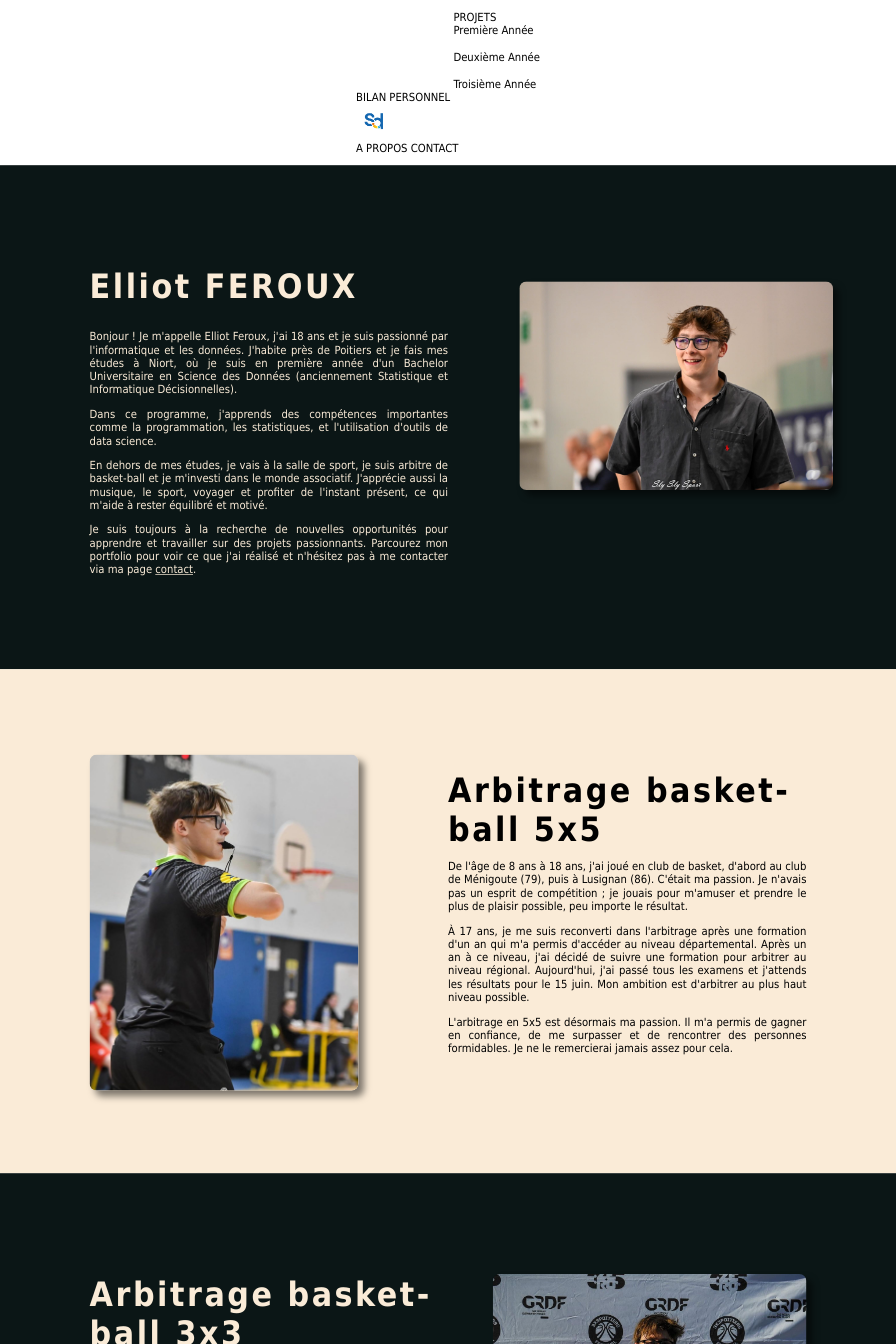
Repository: elliotfx/elliotfx.github.io
Page: html/apropos.html
These files come from the project's save history. The page is drawn as it stood at one moment and after the next save; the edit follows.
The browser window is 1280 px wide. The pictures show the part of the page from y = 0 to 1920 px (the page is 3116 px tall before and 2964 px after), at 70% of full size.

Above is the page before, as saved 2025-03-05 15:56:40.

### html/apropos.html
<!doctype html>
<html lang="fr">
<head>
    <meta charset="UTF-8">
    <title>Document</title>
    <meta name="viewport" content="width=device-width, initial-scale=1.0">
    <meta name="author" content="Elliot FEROUX">
    <meta name="description" content="Portfolio de Elliot FEROUX">
    <title>Mes Projets (Portfolio Elliot FEROUX)</title>
    <link rel="stylesheet" type="text/css" href="./../css/apropos.css" media="screen">
    <link rel="preconnect" href="https://fonts.googleapis.com">
    <link rel="preconnect" href="https://fonts.gstatic.com" crossorigin>
    <link href="https://fonts.googleapis.com/css2?family=Kanit:ital,wght@0,100;0,200;0,300;0,400;0,500;0,600;0,700;0,800;1,100;1,200;1,300;1,400;1,500;1,600;1,700;1,800&display=swap" rel="stylesheet">
    <link rel="stylesheet" href="../css/font-awesome-4.7.0/css/font-awesome.min.css">
    <link rel="shortcut icon" href="SD.png" type="image/x - icon">
    <script src="../JS/script_projets.js"></script>
</head>
<body>
    <header>
        <div class="navbar" id="nav">
            <div class="burger-container">
                <i class="fa fa-bars iconeburger" aria-hidden="true"></i>
            </div>
            <ul>
                <li class="left-links">
                    <ul>
                        <li class="link-nav-underline"><a href="bilan.html">BILAN PERSONNEL</a></li>
                        <li class="link-nav-underline-projet">PROJETS
                            <div class="dropdown">
                                <ul>
                                    <li><a href="projets1.html">Première Année</a></li><br>
                                    <li><a href="projets2.html">Deuxième Année</a></li><br>
                                    <li><a href="projets3.html">Troisième Année</a></li><br>
                                </ul>
                            </div>
                        </li>
                    </ul>
                </li>
                <li class="logo">
                    <a href="main.html" target="_blank"><img src="./../Images/SD.png" alt="Logo BUT Sciences des Données"></a>
                </li>
                <li class="right-links">
                    <ul>
                        <li class="link-nav-underline"><a href="apropos.html">A PROPOS</a></li>
                        <li class="link-nav-underline"><a href="contact.html">CONTACT</a></li>
                    </ul>
                </li>
            </ul>
        </div>

        <div id="burgerbar">
            <a href="main.html" target="_blank"><img src="./../Images/SD.png" alt="Logo BUT Sciences des Données" class="logo-burger"></a>
            <i class="fa fa-times iconeburgerclose" aria-hidden="true"></i>
            <ul class="burger-menu-list">
                <li class="link-nav-underline"><a href="bilan.html">BILAN PERSONNEL</a></li><br>
                <li class="link-nav-underline"><a href="projets1.html">PROJETS</a></li><br>
                <li class="link-nav-underline"><a href="apropos.html">A PROPOS</a></li><br>
                <li class="link-nav-underline"><a href="contact.html">CONTACT</a></li>
            </ul>
        </div>
    </header>

    <div class="noir1">
        <div class="presentation">
            <div class="titre">
                Elliot FEROUX
            </div>
            <div class="contenu">
                <br>
                <p>Bonjour ! Je m'appelle Elliot Feroux, j'ai 18 ans et je suis passionné par l'informatique et les données. J'habite près de Poitiers et je fais mes études à Niort, où je suis en première année d'un Bachelor Universitaire en Science des Données (anciennement Statistique et Informatique Décisionnelles).</p>

                <p>Dans ce programme, j'apprends des compétences importantes comme la programmation, les statistiques, et l'utilisation d'outils de data science.</p>

                <p>En dehors de mes études, je vais à la salle de sport, je suis arbitre de basket-ball et je m'investi dans le monde associatif. J'apprécie aussi la musique, le sport, voyager et profiter de l'instant présent, ce qui m'aide à rester équilibré et motivé.</p>

                <p>Je suis toujours à la recherche de nouvelles opportunités pour apprendre et travailler sur des projets passionnants. Parcourez mon portfolio pour voir ce que j'ai réalisé et n'hésitez pas à me contacter via ma page <a href="contact.html">contact</a>.</p>
            </div>
        </div>
        <div class="contphoto1">
            <img src="./../Images/photo2.JPG" alt="Photo de Elliot FEROUX" class="photo1">
        </div>
    </div>

    <div class="blanc1">
        <div class="cinq">
            <div class="titre">
                Arbitrage basket-ball 5x5
            </div>
            <div class="contenu2">
                <p>De l'âge de 8 ans à 18 ans, j'ai joué en club de basket, d'abord au club de Ménigoute (79), puis à Lusignan (86). C'était ma passion. Je n'avais pas un esprit de compétition ; je jouais pour m'amuser et prendre le plus de plaisir possible, peu importe le résultat. </p>

                <p>À 17 ans, je me suis reconverti dans l'arbitrage après une formation d'un an qui m'a permis d'accéder au niveau départemental. Après un an à ce niveau, j'ai décidé de suivre une formation pour arbitrer au niveau régional. Aujourd'hui, j'ai passé tous les examens et j'attends les résultats pour le 15 juin. Mon ambition est d'arbitrer au plus haut niveau possible.</p>

                <p>L'arbitrage en 5x5 est désormais ma passion. Il m'a permis de gagner en confiance, de me surpasser et de rencontrer des personnes formidables. Je ne le remercierai jamais assez pour cela.</p>
            </div>
        </div>
        <div class="contphoto2">
            <img src="./../Images/55.JPEG" alt="Photo de Elliot FEROUX arbitre" class="photo2">
        </div>
    </div>


    <div class="noir2">
        <div class="trois">
            <div class="titre">
                Arbitrage basket-ball 3x3
            </div>
            <div class="contenu">
                <p>Le basket-ball 3x3 est une discipline spéciale qui fera partie des Jeux Olympiques de Paris. C'est une forme de basket-ball de rue. J'ai découvert cette discipline il y a un peu plus d'un an. L'arbitrage et la gestion des acteurs sont différents de ceux du basket-ball traditionnel.</p>
                <p>Depuis, j'ai arbitré lors de nombreux tournois, tels que les <a href="http://ffse.fr/nos-actions/jeux/europeeens/#:~:text=LES%20JEUX%20EUROPÉENS,-Les%20Jeux%20Européens&text=Cette%20grande%20fête%20du%20sport,14%20au%2018%20juin%202023.">Jeux Européens Inter-Entreprises de Bordeaux</a>, <a href="https://www.poitevins.fr/urbanpb#:~:text=Urban%20PB%20est%20un%20tournoi,qualification%20entre%20avril%20et%20juin.">l'Urban PB de Poitiers</a>, ou encore le <a href="https://play.fiba3x3.com/events/dfd86fbb-793f-4384-a0a0-58e7211858ba?fbclid=IwAR3QWv89srzKISg9u5xH8Kk9xjBphCmSoV1SZCdJkw5wBuWZTOqwaH6c468">Tournoi International du Grand Cognac</a>. Cette discipline me passionne tout autant, car elle me permet de voyager davantage, de profiter du basket en plein air, et même de découvrir de nouveaux horizons.</p>
            </div>
        </div>
        <div class="contphoto3">
            <img src="./../Images/PB.JPEG" alt="Photo de Elliot FEROUX" class="photo3">
        </div>
    </div>

    <div class="blanc1">
        <div class="melu">
            <div class="titre">
                Bénévolat - Mélusik
            </div>
            <div class="contenu3">
                <p>Mes parents m'ont toujours immergé dans la musique, mon père étant guitariste et ma mère accordéoniste et chanteuse. Personnellement, je me contente d'écouter de la musique. Ils ont toujours été bénévoles dans une association musicale, et depuis deux ans, je le suis également. Lors de l'édition 2023, j'étais bénévole à la restauration, où je préparais les sandwiches et m'occupais de la logistique en arrière-plan. Je n'ai pas vraiment apprécié cette tâche car il n'y avait pas de contact avec les clients et je ne pouvais pas profiter de la musique.</p>
                <p>Cette année, j'ai été à l'accueil, en charge de servir les clients en jetons, de gérer les retours de caution, et de répondre à toutes les questions des festivaliers. J'ai beaucoup aimé ce poste car il impliquait beaucoup de contact avec les clients, la gestion d'argent, et des responsabilités. De plus, cela m'a permis de travailler sur ma confiance en moi et de veiller à ce que les festivaliers aient une bonne impression du festival dès leur arrivée.</p>
            </div>
        </div>
        <div class="contphoto4">
            <img src="./../Images/melu.jpeg" alt="Festival mélusik affiche" class="photo2">
        </div>
    </div>

</body>
</html>

### css/apropos.css
@import "navbar_stylesheet.css";

body {
    margin: 0;
    padding: 0;
    font-family: 'Tahoma', sans-serif;
}

.noir2{
    position: relative;
    height: 100vh;
    background-color: #0B1616;
    color: antiquewhite;
}

.noir1 {
    position: relative;
    height: 100vh;
    background-color: #0B1616;
    color: antiquewhite;
}

.blanc1 {
    position: relative;
    height: 100vh;
    background-color: antiquewhite;
    color: black;
}

.trois,
.presentation {
    font-family: 'Tahoma';
    width: 40%;
    height: 70%;
    top: 20%;
    left: 10%;
    position: absolute;
}

.titre {
    font-weight: bold;
    letter-spacing: 0.5vh;
    font-size: 300%;
}

p {
    text-align: justify;
}

.trois a,
.cinq a,
.contenu a {
    color: inherit;
    text-decoration: underline;
}

.contphoto1{
    position: relative;
    left: 58%;
    top: 23%;
}

.photo3{
    position: relative;
    width: 35%;
    border-radius: 10px;
    box-shadow: 8px 8px 10px 0 rgba(0, 0, 0, 0.5);
}

.contphoto3{
    position: relative;
    left: 55%;
    top: 20%;
}

.photo1{
    position: relative;
    width: 35%;
    height: auto;
    border-radius: 10px;
    box-shadow: 8px 8px 10px 0 rgba(0, 0, 0, 0.5);
}

.contphoto2{
    position: relative;
    top: -53%;
    left: 10%;
}

.contphoto4{
    position: relative;
    width: 90%;
    left: 10%;
    top: -60%;
}

.photo2{
    position: relative;
    width: 30%;
    height: auto;
    border-radius: 10px;
    box-shadow: 8px 8px 10px 0 rgba(0, 0, 0, 0.5);
}

.melu,
.cinq{
    font-family: 'Tahoma';
    width: 40%;
    height: 70%;
    top: 20%;
    left: 50%;
    position: relative;
}

### css/navbar_stylesheet.css
html,
body {
    overflow-x: hidden;
}

ul {
    list-style-type: none;
    padding: 0;
    margin: 0;
}

header {
    background-color: #ffffff;
    box-shadow: 3px 3px 4px rgba(205, 205, 205, 0.5);
    display: flex;
    justify-content: center;
    align-items: center;
    padding: 15px;
    z-index: 2000;
}

.navbar {
    width: 100%;
    display: flex;
    justify-content: center;
    align-items: center;
}

/* Modification principale pour répartir équitablement les éléments */
.navbar-menu {
    display: flex;
    justify-content: space-around;
    align-items: center;
    width: 100%;
}

.logo img {
    width: 50px;
    height: 50px;
}

/* Effet souligné au survol */
.link-nav-underline, .link-nav-underline-projet {
    display: inline-block;
    position: relative;
    text-decoration: none;
    color: inherit;
}

.link-nav-underline::after,
.link-nav-underline-projet::after {
    content: "";
    display: block;
    position: absolute;
    bottom: 0;
    left: 0;
    width: 100%;
    height: 2px;
    background: #000;
    transform: scaleX(0);
    transition: transform 0.2s ease-in-out;
    transform-origin: left;
}

.link-nav-underline:hover::after,
.link-nav-underline-projet:hover::after {
    transform: scaleX(1);
}

/* Style du menu burger */
.burger-container {
    display: none;
    cursor: pointer;
}

#burgerbar {
    height: 100vh;
    width: 50%;
    background-color: #fff;
    position: fixed;
    top: 0;
    left: -100%;
    display: flex;
    flex-direction: column;
    align-items: center;
    justify-content: center;
    z-index: 3000;
    transition: left 0.3s ease-in-out;
    padding: 20px;
    box-shadow: 2px 0 5px rgba(0, 0, 0, 0.5);
}

/* Responsive pour mobiles */
@media screen and (max-width: 900px) {
    .navbar-menu {
        display: none;
    }

    .burger-container {
        display: flex;
    }

    .burger-menu-list {
        display: block;
        text-align: center;
    }

    .burger-menu-list li {
        margin: 15px 0;
    }
}


a{
    color: inherit;
    text-decoration: none;
}

Loaded but not shown: css/font-awesome-4.7.0/css/font-awesome.min.css (library); JS/script_projets.js (no copy from this time; the picture is the same without it)

After the next save:
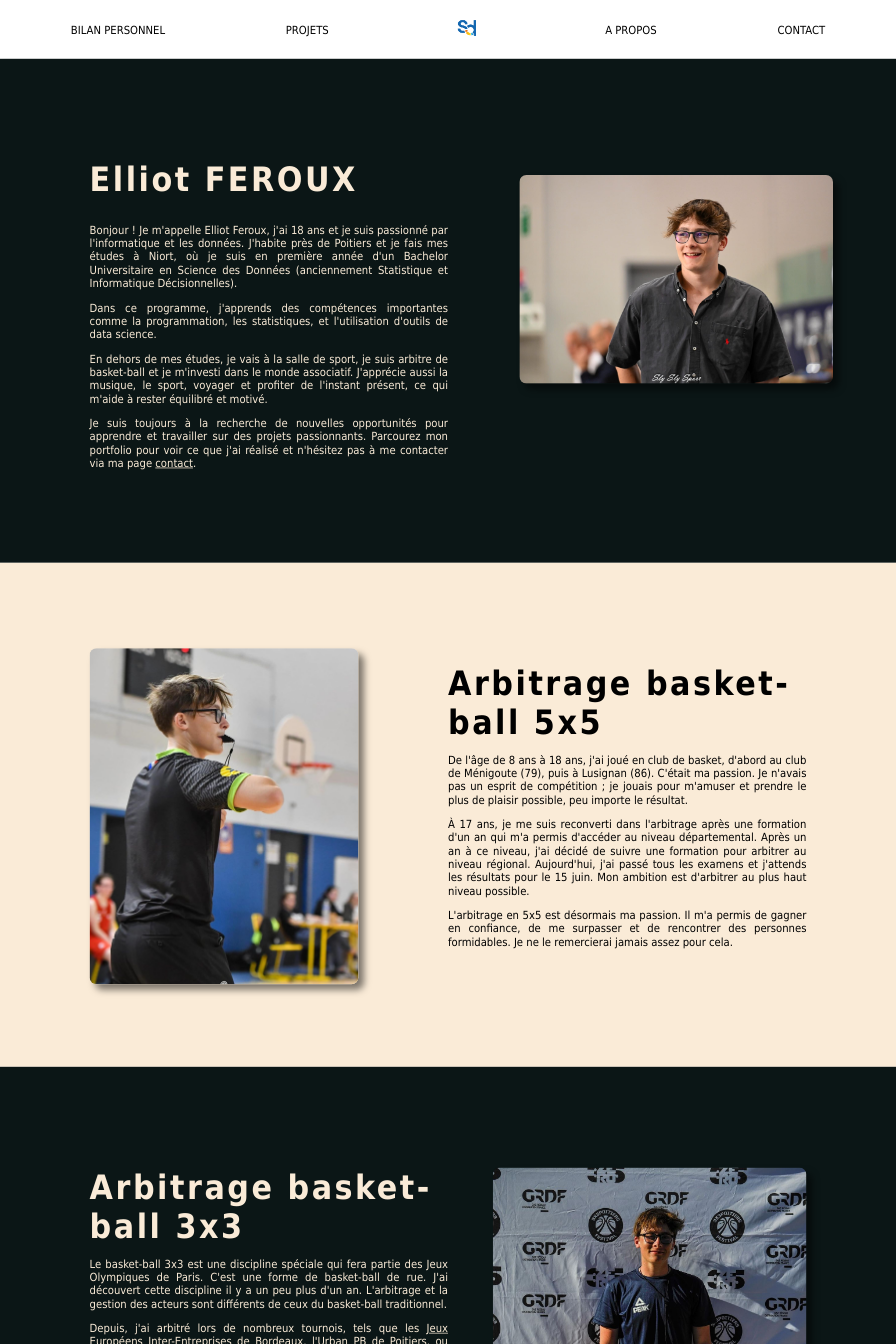
Saved 81 s later.
--- a/html/apropos.html
+++ b/html/apropos.html
@@ -21,35 +21,21 @@
             <div class="burger-container">
                 <i class="fa fa-bars iconeburger" aria-hidden="true"></i>
             </div>
-            <ul>
-                <li class="left-links">
-                    <ul>
-                        <li class="link-nav-underline"><a href="bilan.html">BILAN PERSONNEL</a></li>
-                        <li class="link-nav-underline-projet">PROJETS
-                            <div class="dropdown">
-                                <ul>
-                                    <li><a href="projets1.html">Première Année</a></li><br>
-                                    <li><a href="projets2.html">Deuxième Année</a></li><br>
-                                    <li><a href="projets3.html">Troisième Année</a></li><br>
-                                </ul>
-                            </div>
-                        </li>
-                    </ul>
+            <ul class="navbar-menu">
+                <li class="link-nav-underline"><a href="bilan.html">BILAN PERSONNEL</a></li>
+                <li class="link-nav-underline-projet"><a href="projets.html">PROJETS</a></li>
+                <li class="logo">
+                    <a href="https://iutp.univ-poitiers.fr/sd/" target="_blank">
+                        <img src="./../Images/SD.png" alt="Logo BUT Sciences des Données">
+                    </a>
                 </li>
-                <li class="logo">
-                    <a href="main.html" target="_blank"><img src="./../Images/SD.png" alt="Logo BUT Sciences des Données"></a>
-                </li>
-                <li class="right-links">
-                    <ul>
-                        <li class="link-nav-underline"><a href="apropos.html">A PROPOS</a></li>
-                        <li class="link-nav-underline"><a href="contact.html">CONTACT</a></li>
-                    </ul>
-                </li>
+                <li class="link-nav-underline"><a href="apropos.html">A PROPOS</a></li>
+                <li class="link-nav-underline"><a href="contact.html">CONTACT</a></li>
             </ul>
         </div>
 
         <div id="burgerbar">
-            <a href="main.html" target="_blank"><img src="./../Images/SD.png" alt="Logo BUT Sciences des Données" class="logo-burger"></a>
+            <a href="https://iutp.univ-poitiers.fr/sd/" target="_blank"><img src="./../Images/SD.png" alt="Logo BUT Sciences des Données" class="logo-burger"></a>
             <i class="fa fa-times iconeburgerclose" aria-hidden="true"></i>
             <ul class="burger-menu-list">
                 <li class="link-nav-underline"><a href="bilan.html">BILAN PERSONNEL</a></li><br>
